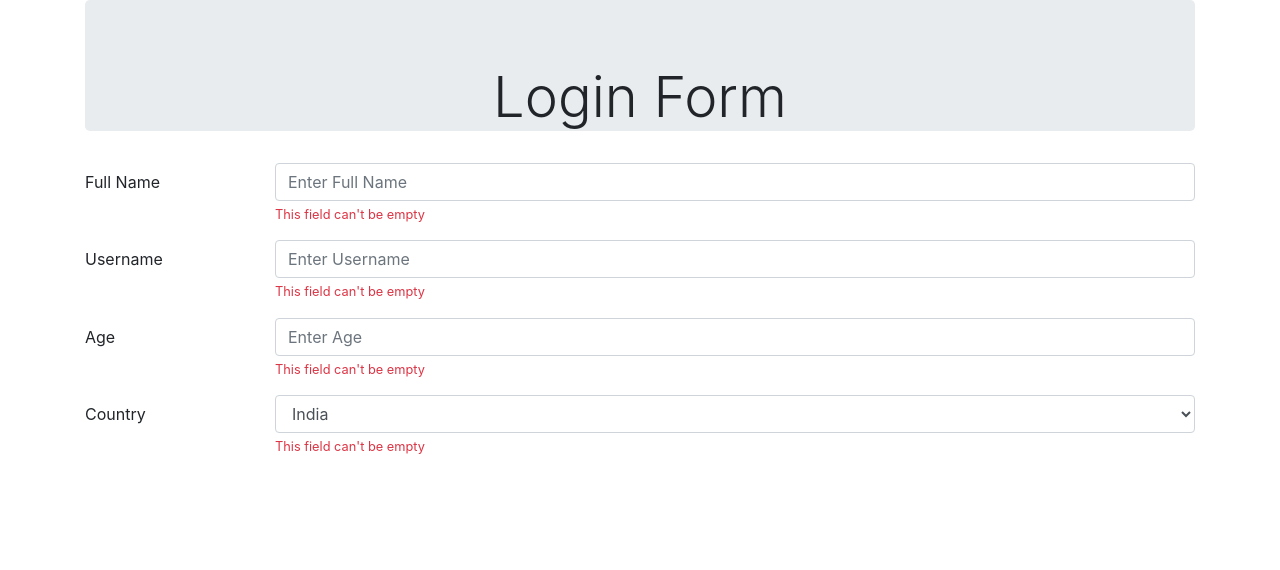
Repository: amar468S/Ng-templateDrivenForm
Page: /
An editor plug-in stored every save of this project. The page is shown before and after the next save, followed by the edit.
The browser window is 1280 px wide. The pictures show the whole page.
Some web libraries are served in a nearby version. The project was rebuilt for these pictures with package versions that can differ from the ones it lists, and the page was loaded fresh each time. Also part of the build but not shown: angular.json.

Above is the page before, as saved 2019-02-03 15:52:53.

After the next save:
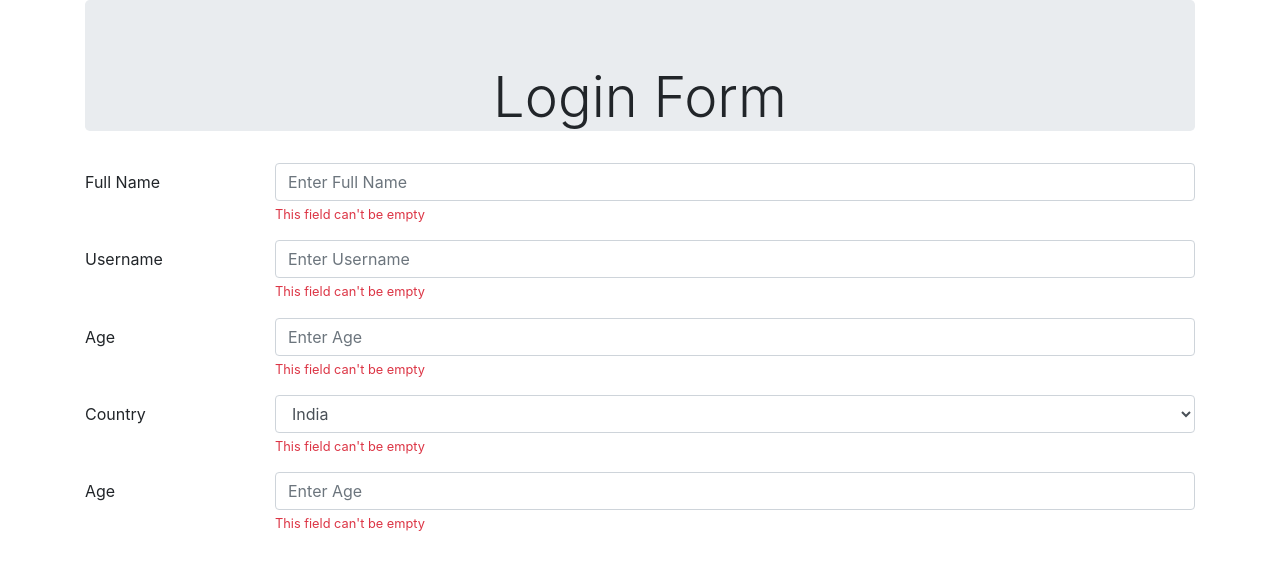
Saved 14 s later.
--- a/src/app/app.component.html
+++ b/src/app/app.component.html
@@ -37,6 +37,13 @@
             <small class="form-text text-danger">This field can't be empty</small>
           </div>
       </div>
+      <div class="form-group row">
+          <label class="col-sm-2 col-form-label">Age</label>
+          <div class="col-sm-10">
+            <input type="number" class="form-control" placeholder="Enter Age">
+            <small class="form-text text-danger">This field can't be empty</small>
+          </div>
+      </div>
   </form>
 
 </div>
